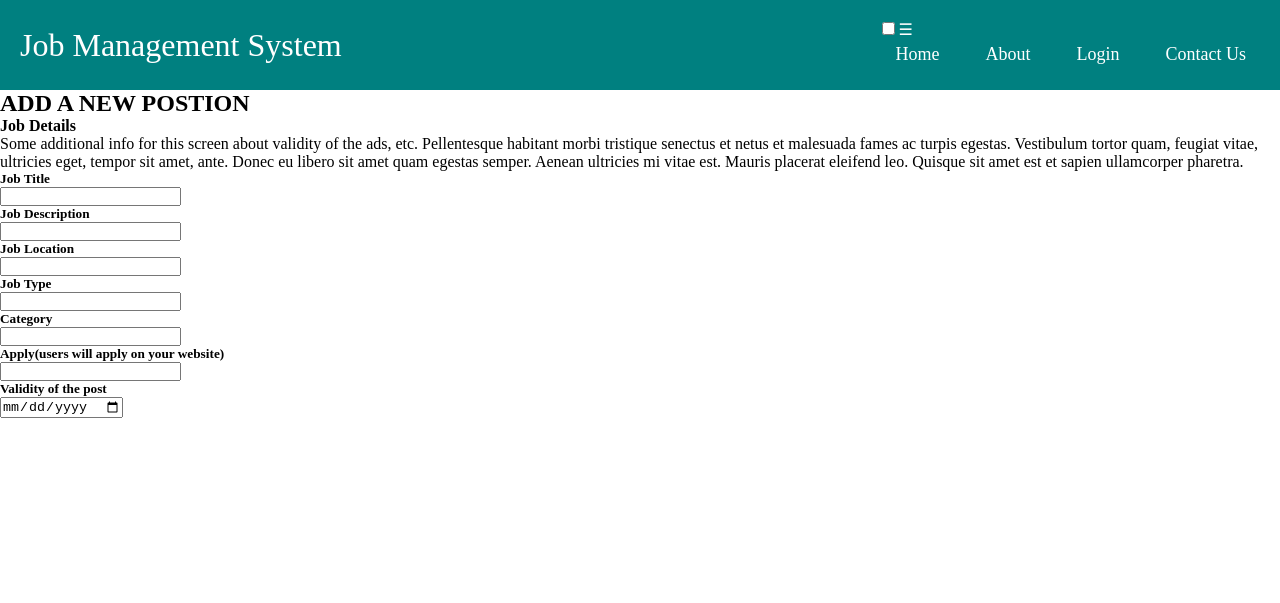
Repository: PrinceKumawat1109/JFSD
Page: http://localhost/Job-management/newposition.jsp
The author's editor kept a copy of each file at every save. The page is drawn from the files as they stood at one save, then again after the next save.
The browser window is 1280 px wide. The pictures show the whole page.
The page is served by Tomcat 9.

Above is the page before, as saved 2022-10-29 09:59:29.

After the next save:
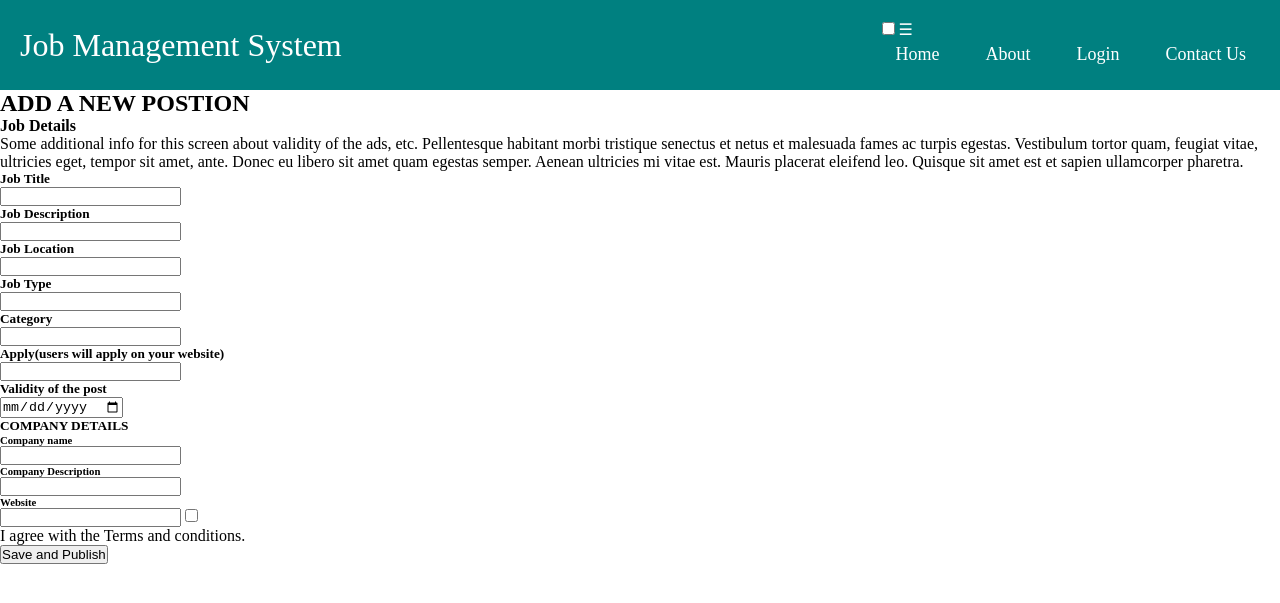
Saved 7 min 4 s later.
--- a/Job-management/src/main/webapp/newposition.jsp
+++ b/Job-management/src/main/webapp/newposition.jsp
@@ -26,5 +26,15 @@
 	<input type="text" id="t6"/>
 	<h5>Validity of the post</h5>
 	<input type="date" id="t7"/>
+	<h5>COMPANY DETAILS</h5>
+	<h6>Company name</h6>
+	<input type="text" id="t8"/>
+	<h6>Company Description</h6>
+	<input type="text" id="t9"/>
+	<h6>Website</h6>
+	<input type="text" id="t10"/>
+	<input type="checkbox" id="t11">
+	<p> I agree with the Terms and conditions.</p>
+	<button onclick="">Save and Publish</button>
 </body>
 </html>
